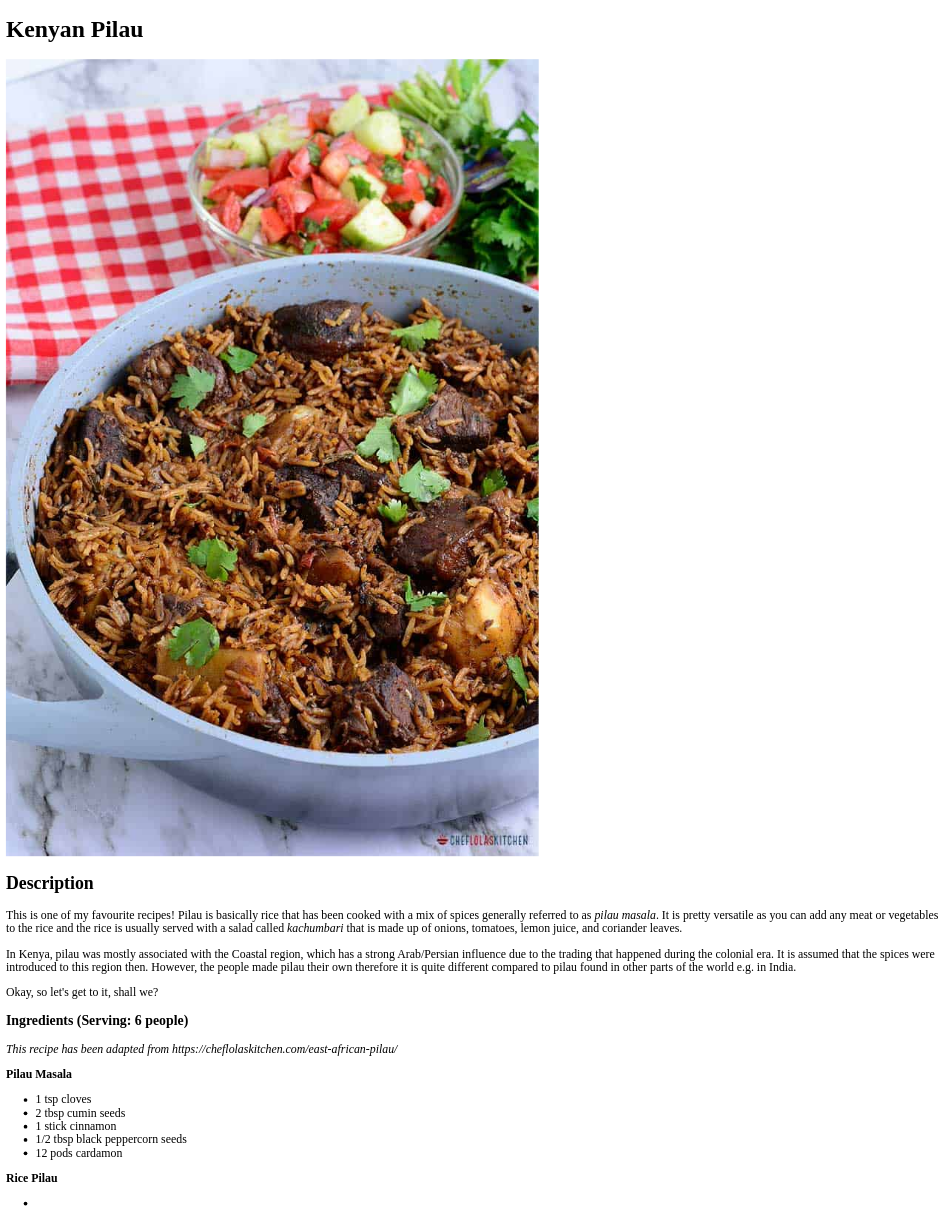
Repository: IanaAmke/odin-recipes
Page: recipes/pilau.html
An editor plug-in stored every save of this project. The page is shown before and after the next save, followed by the edit.
The browser window is 1280 px wide. The pictures show the whole page, at 74% of full size.

Above is the page before, as saved 2022-06-05 18:39:17.

After the next save:
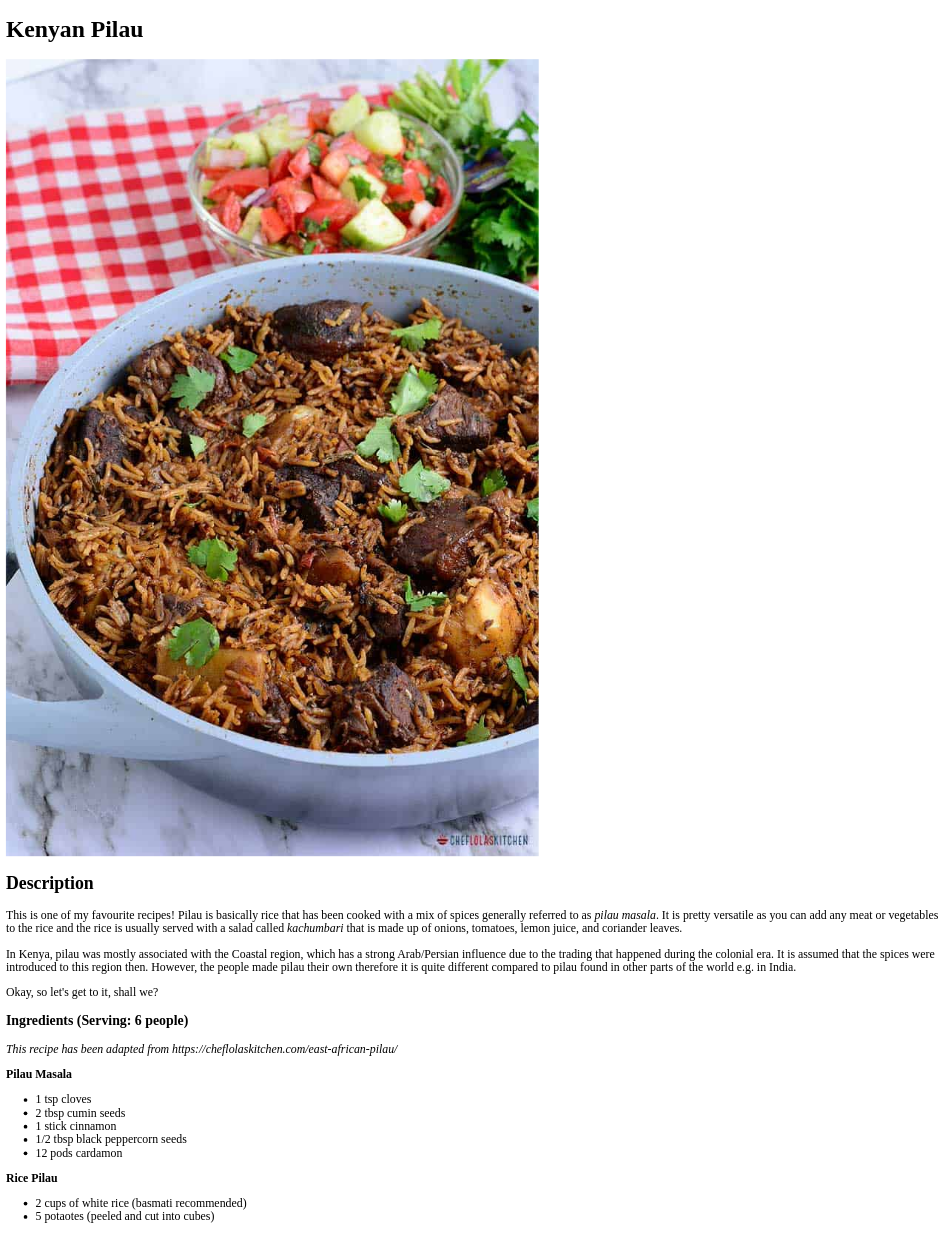
Saved 85 s later.
--- a/recipes/pilau.html
+++ b/recipes/pilau.html
@@ -35,7 +35,8 @@
 
     <p><strong>Rice Pilau</strong></p>
     <ul>
-        <li></li>
+        <li>2 cups of white rice (basmati recommended)</li>
+        <li>5 potaotes (peeled and cut into cubes)</li>
     </ul>
 
 </body>
